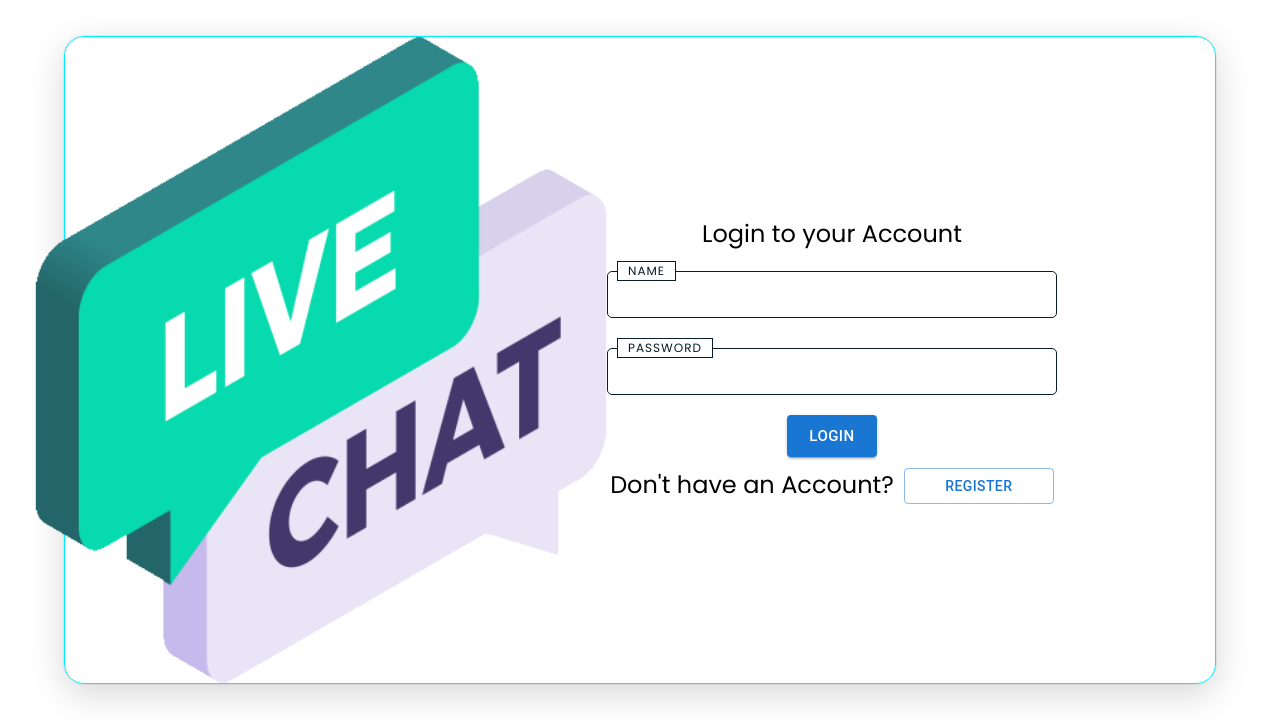
Repository: swastikjhacoder/mern-chat-frontend-only
Page: /
An editor plug-in stored every save of this project. The page is shown before and after a run of saves, followed by the edit.
The browser window is 1280 px wide. The pictures show the whole page.
The project was rebuilt for these pictures with package versions that can differ from the ones it lists, and the page was loaded fresh each time. Also part of the build but not shown: src/components/chat/ConversationList.jsx, src/components/chat/SideBar.jsx, src/components/MainContainer.jsx, src/components/chat/MessageOthers.jsx, src/components/chat/MessageSelf.jsx, src/components/chat/ChatContainer.jsx, src/components/chat/OnlineUsers.jsx, src/components/chat/OnlineUsersGroup.jsx and 4 more.

Above is the page before, as saved 2023-09-22 08:31:59.

After the next 2 saves:
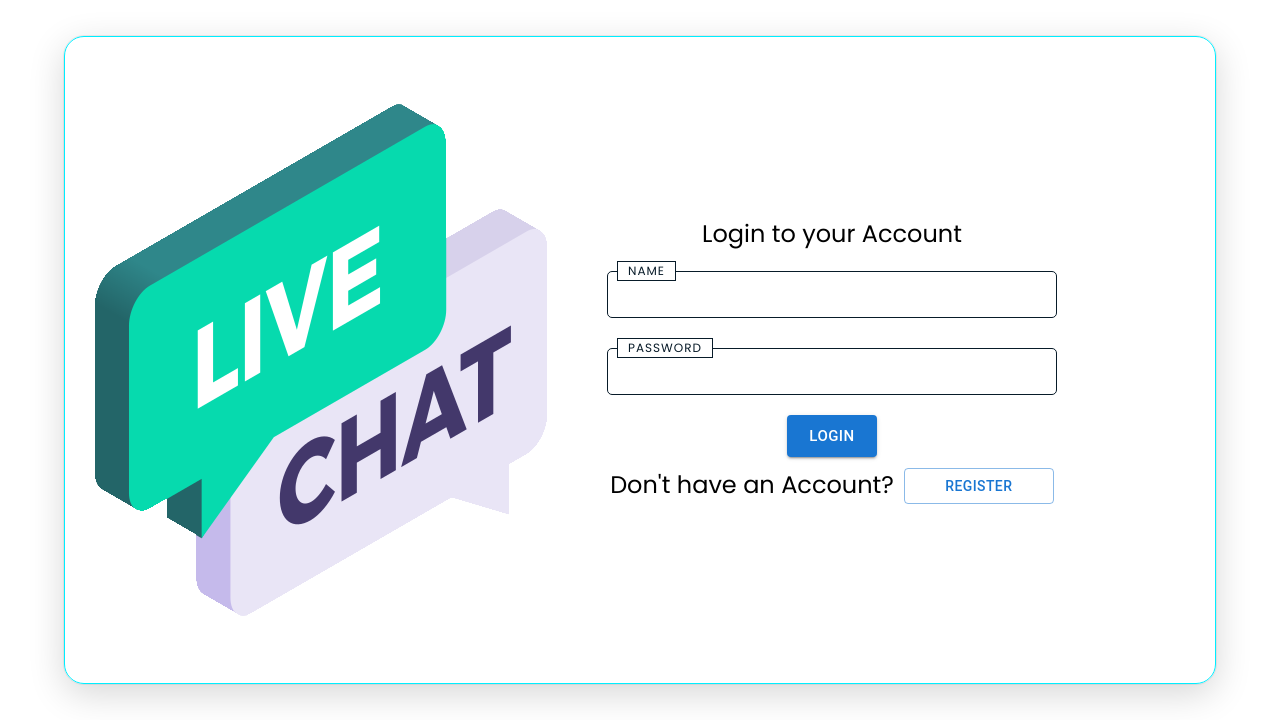
The 2 saves are shown as one change because they came seconds apart.
The last was saved 5 s later.
--- a/src/index.css
+++ b/src/index.css
@@ -485,7 +485,7 @@ body {
 .image-box {
   display: flex;
   justify-content: center;
-  ali
+  align-items: center;
 }
 
 .welcome-container {
